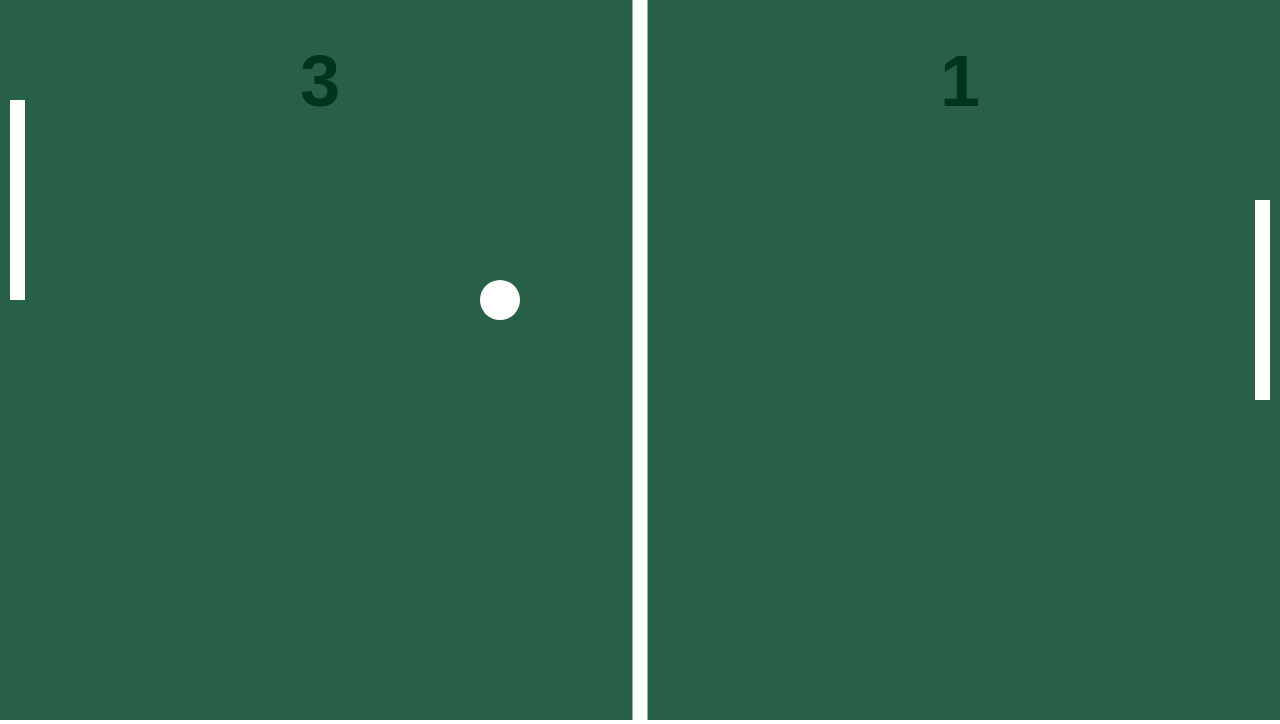
Repository: carlosrobertofigueiredo/Projeto-Ping-Pong
Page: index.html
The author's editor kept a copy of each file at every save. The page is drawn from the files as they stood at one save, then again after the next save.
The browser window is 1280 px wide. The pictures show the whole page.

Above is the page before, as saved 2023-05-01 13:07:09.

### index.html
<!DOCTYPE html>
<html lang="en">
  <head>
    <meta charset="UTF-8" />
    <meta http-equiv="X-UA-Compatible" content="IE=edge" />
    <meta name="viewport" content="width=device-width, initial-scale=1.0" />
    <title>Jogo Ping-Pong</title>
    <style>
      * {
        overflow: hidden;
        margin: 0;
        padding: 0;
      }
    </style>
  </head>
  <body>
    <canvas></canvas>
    <script>
      //Captura o elemento canvas do DOM
      const canvasEl = document.querySelector("canvas"),
        canvasCtx = canvasEl.getContext("2d")


      const field = {
        w: window.innerWidth,
        h: window.innerHeight,
        draw: function () {
          canvasCtx.fillStyle = "#286047" //fillStyle define o estilo para desenhar o objeto
          canvasCtx.fillRect(0, 0, window.innerWidth, window.innerHeight) //fillRect define as medidas do retângulo
        },
      }
      /*Função p/ definir altura e largura do campo*/
      function setup() {
        canvasEl.width = canvasCtx.width = window.innerWidth  //field.w
        canvasEl.height = canvasCtx.height = window.innerHeight  //field.h
      }

      /* Função de desenho dos elementos do campo*/
      function draw() {
        field.draw()

        const lineWidth = 15

        canvasCtx.fillStyle = "#ffffff"

        // desenha linha central
        canvasCtx.fillRect(
          window.innerWidth / 2 - lineWidth / 2,
          0,
          lineWidth,
          window.innerHeight
        )

       /* const x = window.innerHeight / 2 - lineWidth / 2 //largura do campo dividido por dois e a largura divida por dois, caso queira mudar a espessura da linha no futuro fica mais fácil para centralizar a linha
        const y = 0 // onde começa a linha
        const w = lineWidth  //largura é a própria linha
        const h = window.innerHeight

        canvasCtx.fillRect(x,y,w,h) */

        // desenha a raquete esquerda
        canvasCtx.fillRect(10, 100, lineWidth, 200)  //  10 = afastamento da raquete da borda), 100 = altura da raquete em relação ao topo,  lineWidth = largura da linha, 200 = altura da raquete

        // desenha a raquete direita
        canvasCtx.fillRect(
          window.innerWidth - lineWidth - 10, 200, lineWidth, 200) //window.innerWidth - lineWidth - 10 = larguraCampo - largura da linha - o afastamento da borda

        // desenha a bolinha
        canvasCtx.beginPath()
        canvasCtx.arc(500, 300, 20, 0, 2 * Math.PI, false)
        canvasCtx.fill()

        // desenha o placar
        canvasCtx.font = "bold 72px Arial"
        canvasCtx.textAlign = "center"
        canvasCtx.textBaseline = "top"
        canvasCtx.fillStyle = "#01341D"
        canvasCtx.fillText("3", window.innerWidth / 4, 50)
        canvasCtx.fillText(
          "1",
          window.innerWidth / 4 + window.innerWidth / 2,
          50
        )
      }

      setup()
      draw()
    </script>
  </body>
</html>

After the next save:
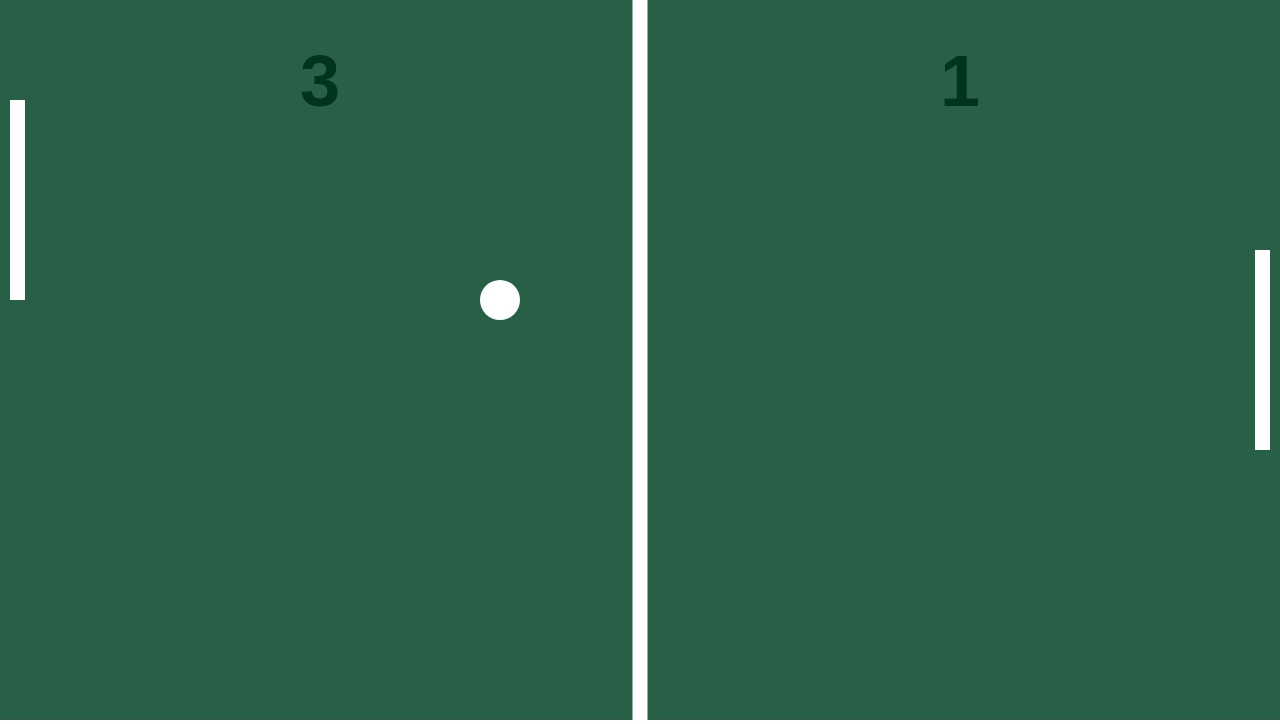
Saved 3 min 5 s later.
--- a/index.html
+++ b/index.html
@@ -63,7 +63,7 @@
 
         // desenha a raquete direita
         canvasCtx.fillRect(
-          window.innerWidth - lineWidth - 10, 200, lineWidth, 200) //window.innerWidth - lineWidth - 10 = larguraCampo - largura da linha - o afastamento da borda
+          window.innerWidth - lineWidth - 10, 250, lineWidth, 200) //window.innerWidth - lineWidth - 10 = larguradeTela - largura da linha - o afastamento da borda
 
         // desenha a bolinha
         canvasCtx.beginPath()
